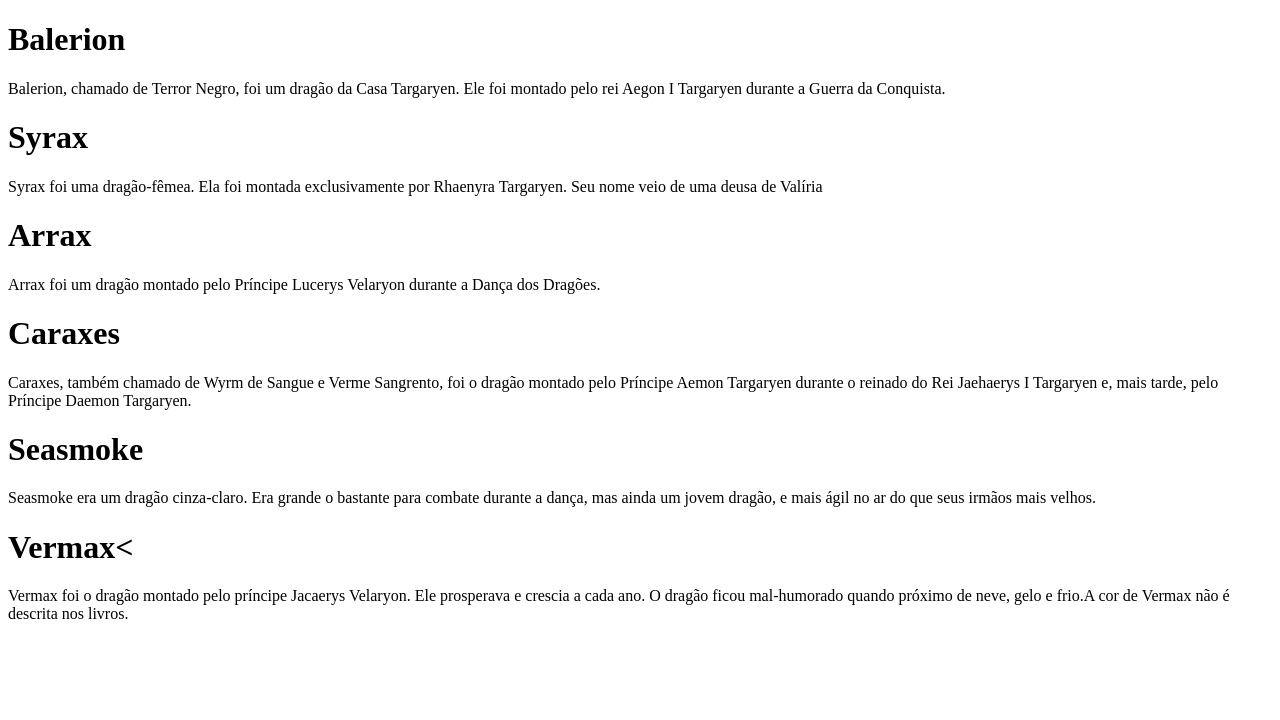
Repository: Caiquedev123/Dragaoes-progeto
Page: index.html
These files come from the project's save history. The page is drawn as it stood at one moment and after the next save; the edit follows.
The browser window is 1280 px wide. The pictures show the whole page.

Above is the page before, as saved 2024-08-09 11:23:42.

### index.html
<!DOCTYPE html>
<html lang="pt-br">
<head>
    <meta charset="UTF-8">
    <meta name="viewport" content="width=device-width, initial-scale=1.0">
    <title>House of Dragon</title>
</head>
<body>
    <main>
        <div class="conteudo">
            <div class="informacoes ativa">
                <h1>Balerion</h1>

                <p class="descricao">Balerion, chamado de Terror Negro, foi um dragão da Casa Targaryen. Ele foi montado pelo rei Aegon I Targaryen durante a Guerra da Conquista.</p>
            </div>

            <div class="informacoes ativa">
                <h1>Syrax</h1>

                <p class="descricao">Syrax foi uma dragão-fêmea. Ela foi montada exclusivamente por Rhaenyra Targaryen. Seu nome veio de uma deusa de
                    Valíria
              </p>
            </div>

            <div class="informacoes ativa">
                <h1>Arrax</h1>

                <p class="descricao">Arrax foi um dragão montado pelo Príncipe Lucerys Velaryon durante a Dança dos Dragões.</p>
            </div>

            <div class="informacoes ativa">
                <h1>Caraxes</h1>

                <p class="descricao">Caraxes, também chamado de Wyrm de Sangue e Verme Sangrento, foi o dragão montado pelo Príncipe Aemon Targaryen durante o reinado do Rei Jaehaerys I Targaryen e, mais tarde, pelo Príncipe Daemon Targaryen.</p>
            </div>

            <div class="informacoes ativa">
                <h1>Seasmoke</h1>

                <p class="descricao">Seasmoke era um dragão cinza-claro. Era grande o bastante para combate durante a dança, mas ainda um jovem dragão, e mais ágil no ar do que seus irmãos mais velhos.</p>
            </div>

            <div class="informacoes ativa">
                <h1>Vermax<</h1>

                <p class="descricao">Vermax foi o dragão montado pelo príncipe Jacaerys Velaryon. Ele prosperava e crescia a cada ano. O dragão ficou mal-humorado quando próximo de neve, gelo e frio.A cor de Vermax não é descrita nos livros.</p>
            </div>


            <div class="botoes-carrossel">

            </div>
        </div>
    </main>
</body>
</html>

After the next save:
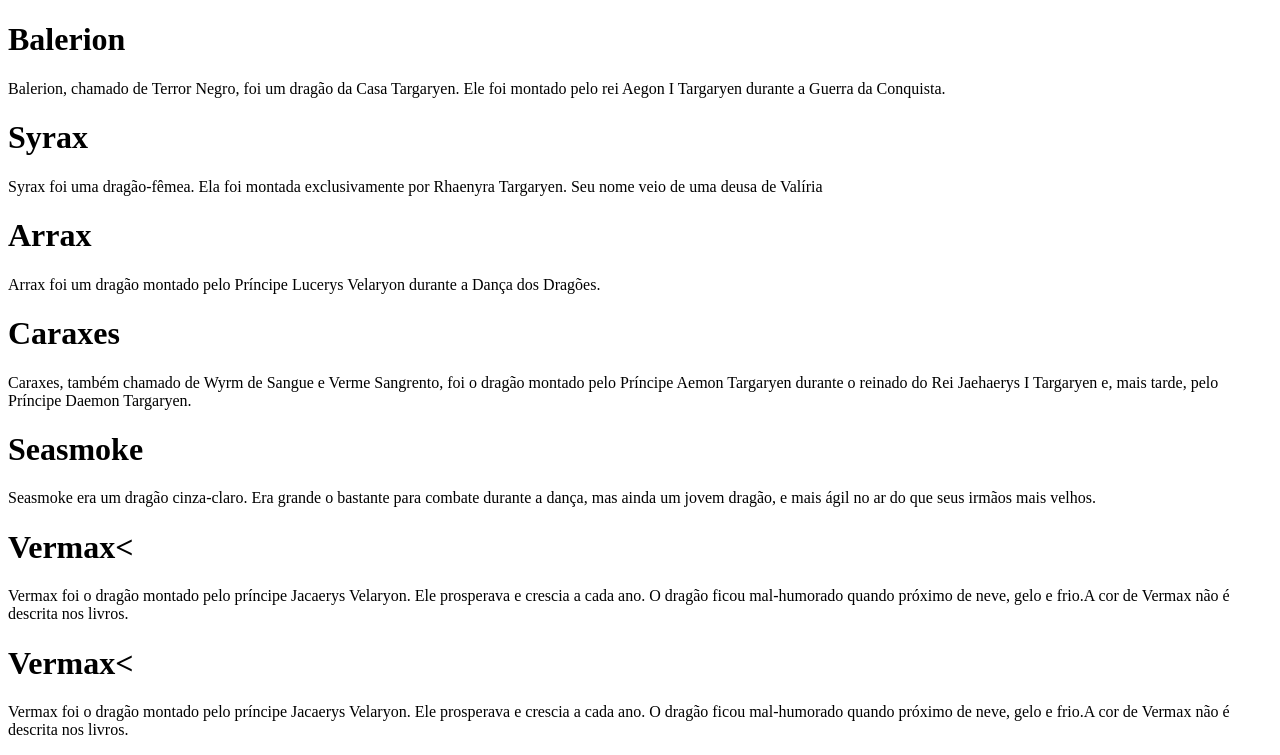
Saved 10 s later.
--- a/index.html
+++ b/index.html
@@ -46,6 +46,12 @@
                 <p class="descricao">Vermax foi o dragão montado pelo príncipe Jacaerys Velaryon. Ele prosperava e crescia a cada ano. O dragão ficou mal-humorado quando próximo de neve, gelo e frio.A cor de Vermax não é descrita nos livros.</p>
             </div>
 
+            <div class="informacoes ativa">
+                <h1>Vermax<</h1>
+
+                <p class="descricao">Vermax foi o dragão montado pelo príncipe Jacaerys Velaryon. Ele prosperava e crescia a cada ano. O dragão ficou mal-humorado quando próximo de neve, gelo e frio.A cor de Vermax não é descrita nos livros.</p>
+            </div>
+
 
             <div class="botoes-carrossel">
 
